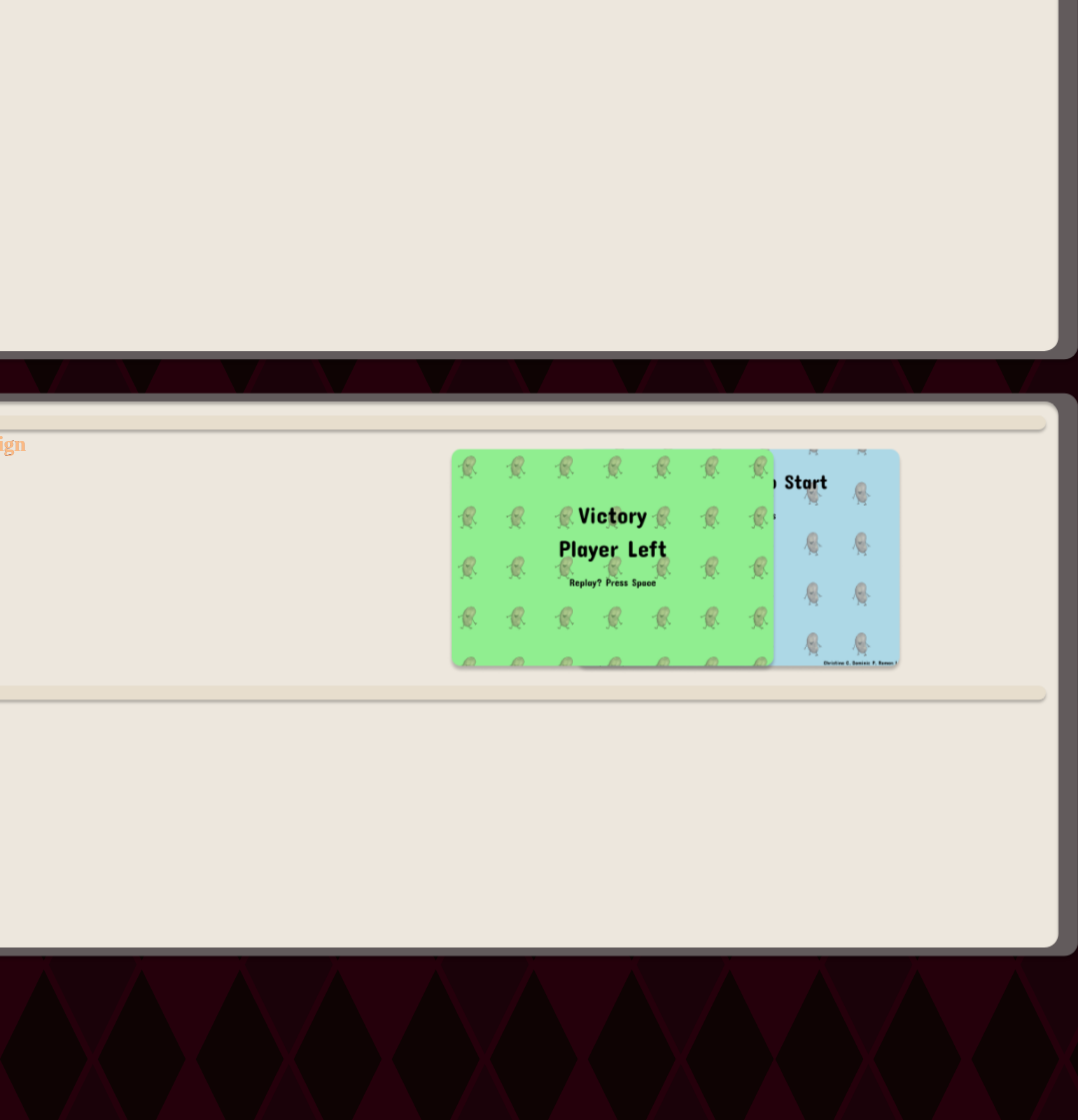
Repository: EMP-ChristinaC/Portfolio
Page: projects/potato-shuffle/potato.html
These files come from the project's save history. The page is drawn as it stood at one moment and after a run of saves; the edit follows.
The browser window is 1280 px wide. The page is 1540 px wide, so the pictures cover 1540 px, including what lies to the right of the window. The pictures show the part of the page from y = 1285 to 2885 px (the page is 6194 px tall), at 70% of full size.
Some web fonts or font styles are not loaded; a fallback is used.

Above is the page before, as saved 2024-12-08 19:56:54.

After the next 9 saves:
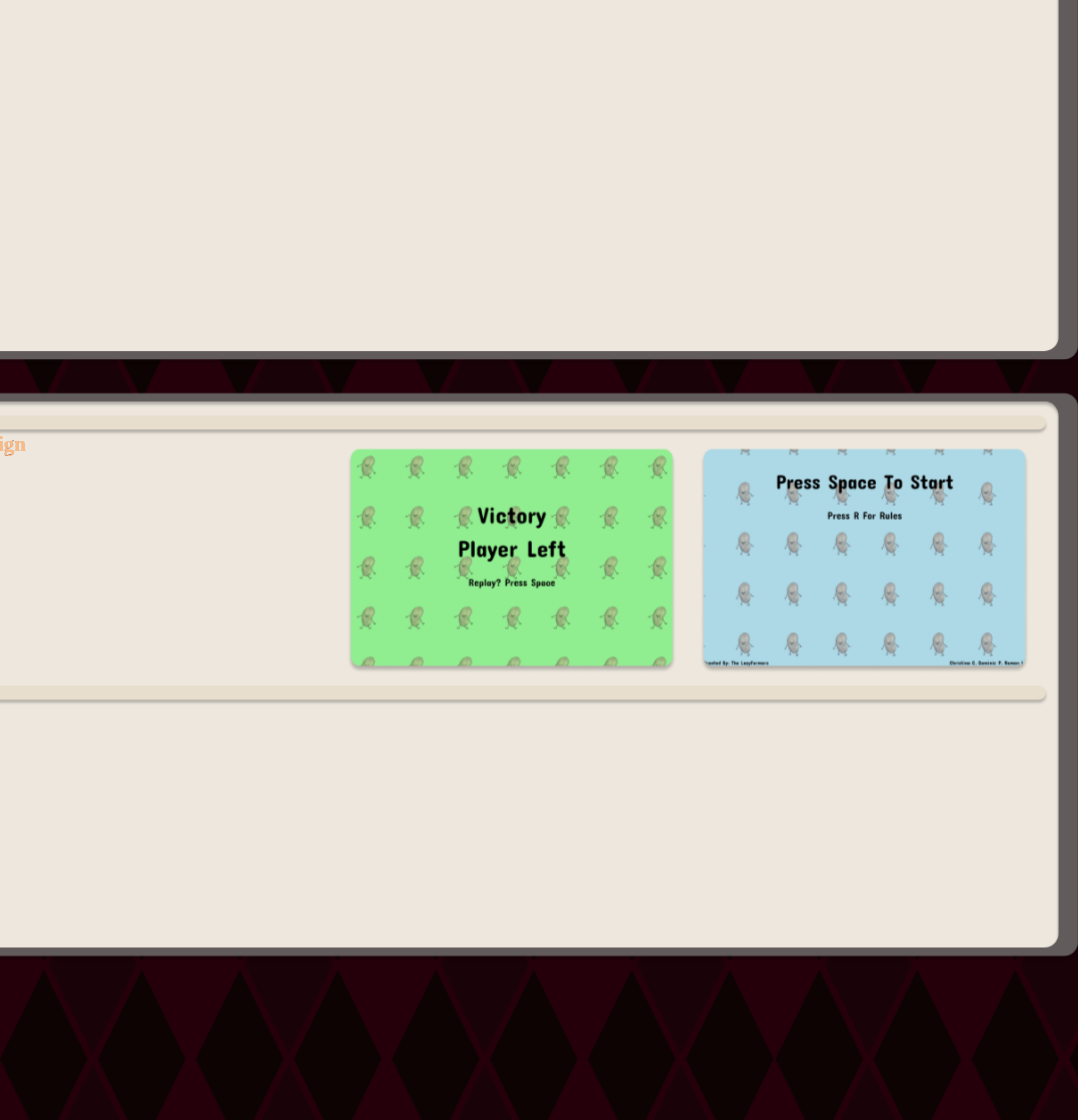
The 9 saves are shown as one change because they came seconds apart.
The last was saved 19 s later.
--- a/projects/potato-shuffle/potato.css
+++ b/projects/potato-shuffle/potato.css
@@ -490,7 +490,7 @@ footer.section p {
     height: 320px;
     position: absolute;
     top: 10%;
-    left: 60%;
+    left: 70%;
     /* transform: translate(-110%, 310%); */
 }
 
@@ -499,7 +499,7 @@ footer.section p {
     height: 320px;
     position: absolute;
     top: 10%;
-    left: 50%;
+    left: 42%;
     /* transform: translate(10%, 310%); */
 }
 
